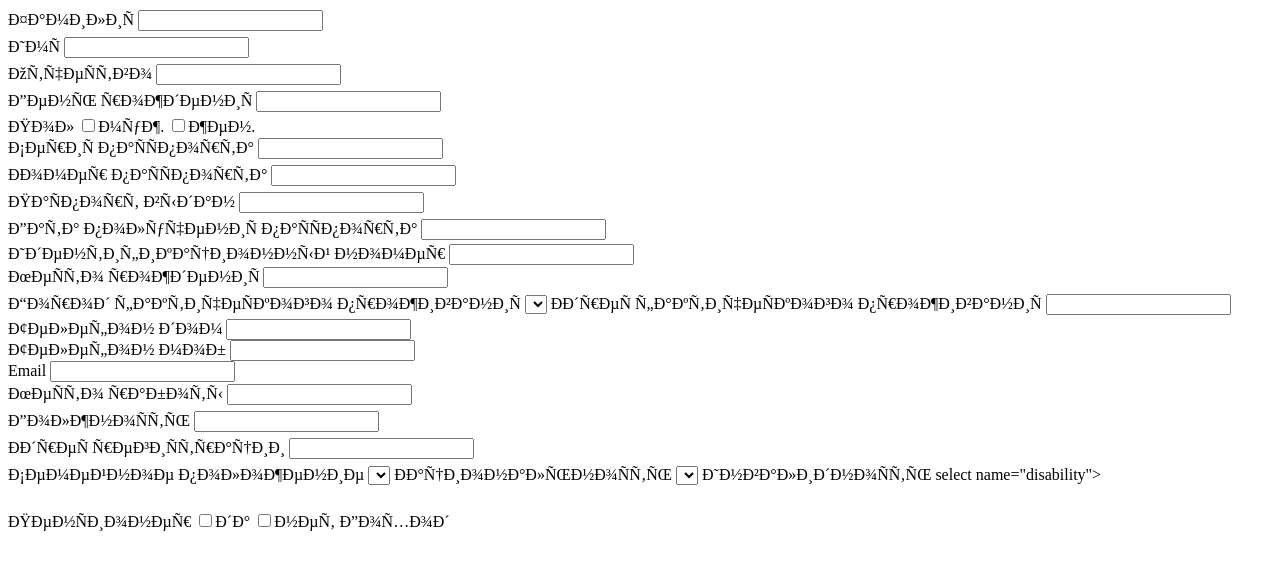
Repository: Westerte/JavaDevelopmentMay2015
Page: http://localhost/bank/jsp/common/add.jsp
These files come from the project's save history. The page is drawn as it stood at one moment and after the next save; the edit follows.
The browser window is 1280 px wide. The pictures show the whole page.
The page is served by Tomcat 9. The template is opened directly, without the code that normally fills it, so the values that code supplies are empty.

Above is the page before, as saved 2015-09-29 16:36:11.

After the next save:
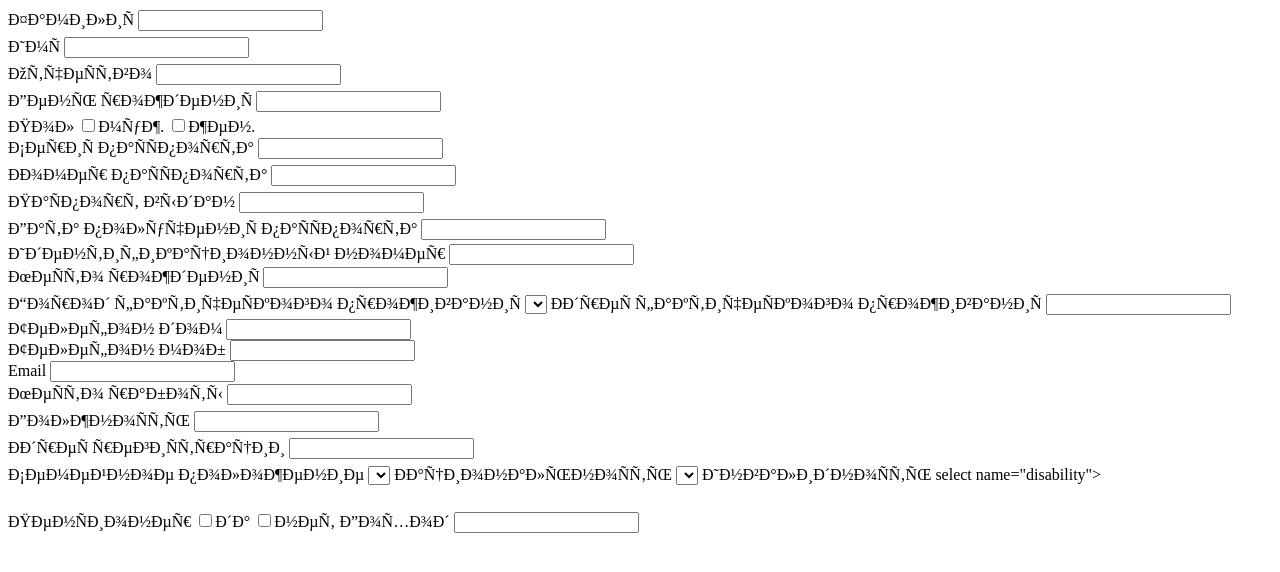
Saved 20 s later.
--- a/workspace/bank/WebContent/jsp/common/add.jsp
+++ b/workspace/bank/WebContent/jsp/common/add.jsp
@@ -95,8 +95,8 @@
 				<input type="checkbox" name="pensioner" value="true" id="yes"><label for="yes">да</label>
 				<input type="checkbox" name="male" value="false" id="no"><label for="no">нет</label>
 				Доход
-
-
+				<input type="text" name="income" >
+				<br>
 			</form>
 		</tr>
 	</div>
